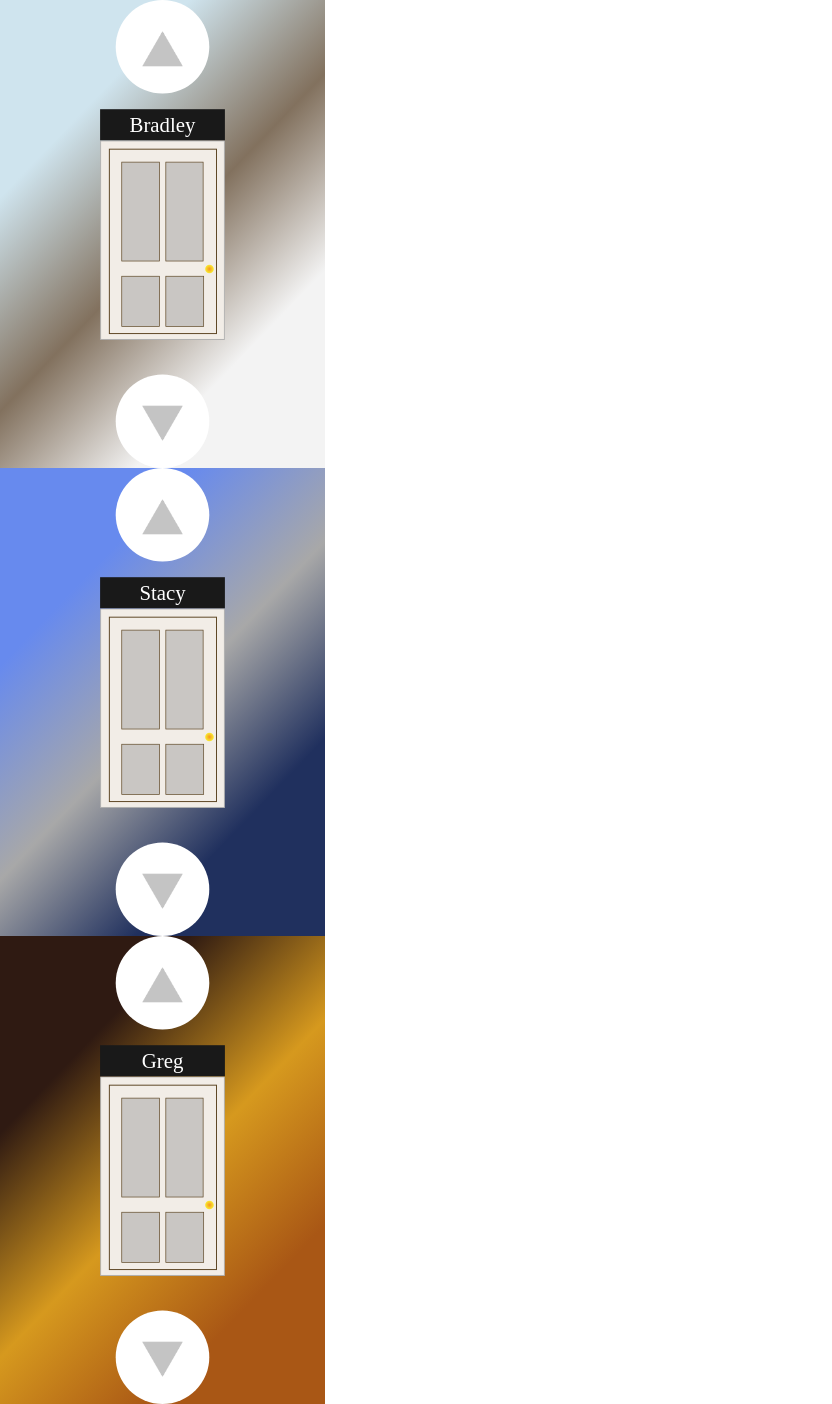
Repository: dnguyen130/HelpAHomieV3
Page: index.html
These files come from the project's save history. The page is drawn as it stood at one moment and after the next save; the edit follows.
The browser window is 1280 px wide. The pictures show the whole page, at 65% of full size.

Above is the page before, as saved 2021-03-10 21:24:43.

### index.html
<!DOCTYPE html>
<html lang="en">
<head>
    <meta charset="UTF-8">
    <meta http-equiv="X-UA-Compatible" content="IE=edge">
    <meta name="viewport" content="width=device-width, initial-scale=1.0">
    <link rel="stylesheet" href="styles.css" type="text/css">
    <title>Document</title>
</head>
<body>

    <div class="main">
        <div class="door-container">
            <div class="door-screen1 height">
            </div>
            <div class="door-screen2 height">
            </div>
            <div class="door-screen3 height">
            </div>
        </div>
    </div>

    <script src="./comps/Door/index.js"></script>
    <script src="./comps/TriangleButton/index.js"></script>
    <script src="workflow.js"></script>
</body>
</html>

### styles.css
html, body{
    margin: 0;
}
.main{
    position: relative;
}
.door-container{
    position: absolute;

}

.height{
    height: 100vh;
    width: 500px;
    display: flex;
    flex-direction: column;
    align-items: center;
    justify-content: space-between;
}

.door-screen1{
    background: linear-gradient(133.83deg, #CFE4EE 24.49%, #82715E 51.06%, #F3F3F3 75.51%);
}

.door-screen2{
    background: linear-gradient(133.83deg, #678AEE 24.49%, #A8A8A8 51.06%, #20305E 75.51%);
}

.door-screen3{
    background: linear-gradient(133.83deg, #2F1A12 24.49%, #D6991E 52.28%, #A95715 77.85%);
}

### comps/Door/index.js
function DoorUI(text="Bradley", image="images/doorclosed.svg", hoverimage="images/dooropened.svg"){
    return `
        <div style="
            width: 12rem;
            height: 24rem;
            display: flex;
            flex-direction: column;
            align-items: center;
        ">
            <div style="
                width: 12rem;
                height: 3rem;
                font-size: 2rem;
                background-color: #191919;
                color: white;
                display: flex;
                align-items: center;
                justify-content: center;
            ">${text}
            </div>
            <img
            src="${image}"
            onmouseover="this.src='${hoverimage}'"
            onmouseout="this.src='${image}'"
            />
        </div>
    `
}


// export const Door = DoorUI();

### comps/TriangleButton/index.js
function TriangleButtonUI(tri="images/Circle-Triangle.png") {
    return `
    <div style="
            width: 3rem;
            height: 3rem;
            display: flex;
            flex-direction: column;
            align-items: center;
            padding: 3rem;
            border-radius: 25rem;
            background-color: #FFFFFF;
        "
        onmouseover="this.style.boxShadow= '0px 0px 10px 5px rgba(251, 0, 181, 0.7)'"
        onmouseout="this.style.boxShadow='0px 0px 0px 0px rgba(251, 0, 181, 0.7)'"
        >
            <img
            src="${tri}"
            />
        </div>
    `
}

### workflow.js

document.querySelector(".door-screen1").innerHTML += TriangleButtonUI();
document.querySelector(".door-screen1").innerHTML += DoorUI()
document.querySelector(".door-screen1").innerHTML += TriangleButtonUI("images/Circle-Triangle-UpsideDown.png");

document.querySelector(".door-screen2").innerHTML += TriangleButtonUI();
document.querySelector(".door-screen2").innerHTML += DoorUI("Stacy");
document.querySelector(".door-screen2").innerHTML += TriangleButtonUI("images/Circle-Triangle-UpsideDown.png");

document.querySelector(".door-screen3").innerHTML += TriangleButtonUI();
document.querySelector(".door-screen3").innerHTML += DoorUI("Greg");
document.querySelector(".door-screen3").innerHTML += TriangleButtonUI("images/Circle-Triangle-UpsideDown.png");

After the next save:
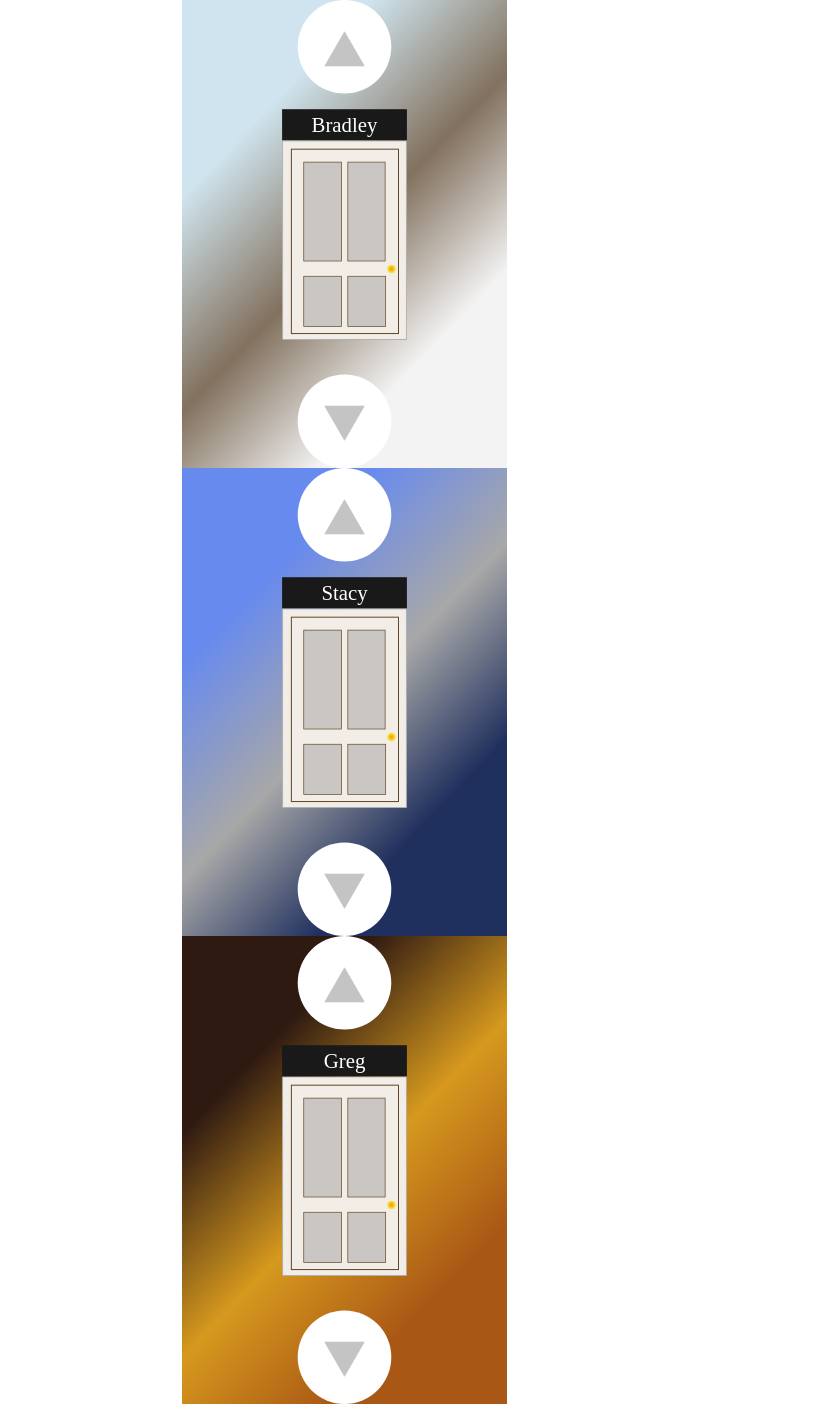
Saved 15 s later.
--- a/styles.css
+++ b/styles.css
@@ -4,8 +4,10 @@
 .main{
     position: relative;
 }
+
 .door-container{
     position: absolute;
+    right: 500px;
 
 }
 

After the save that followed:
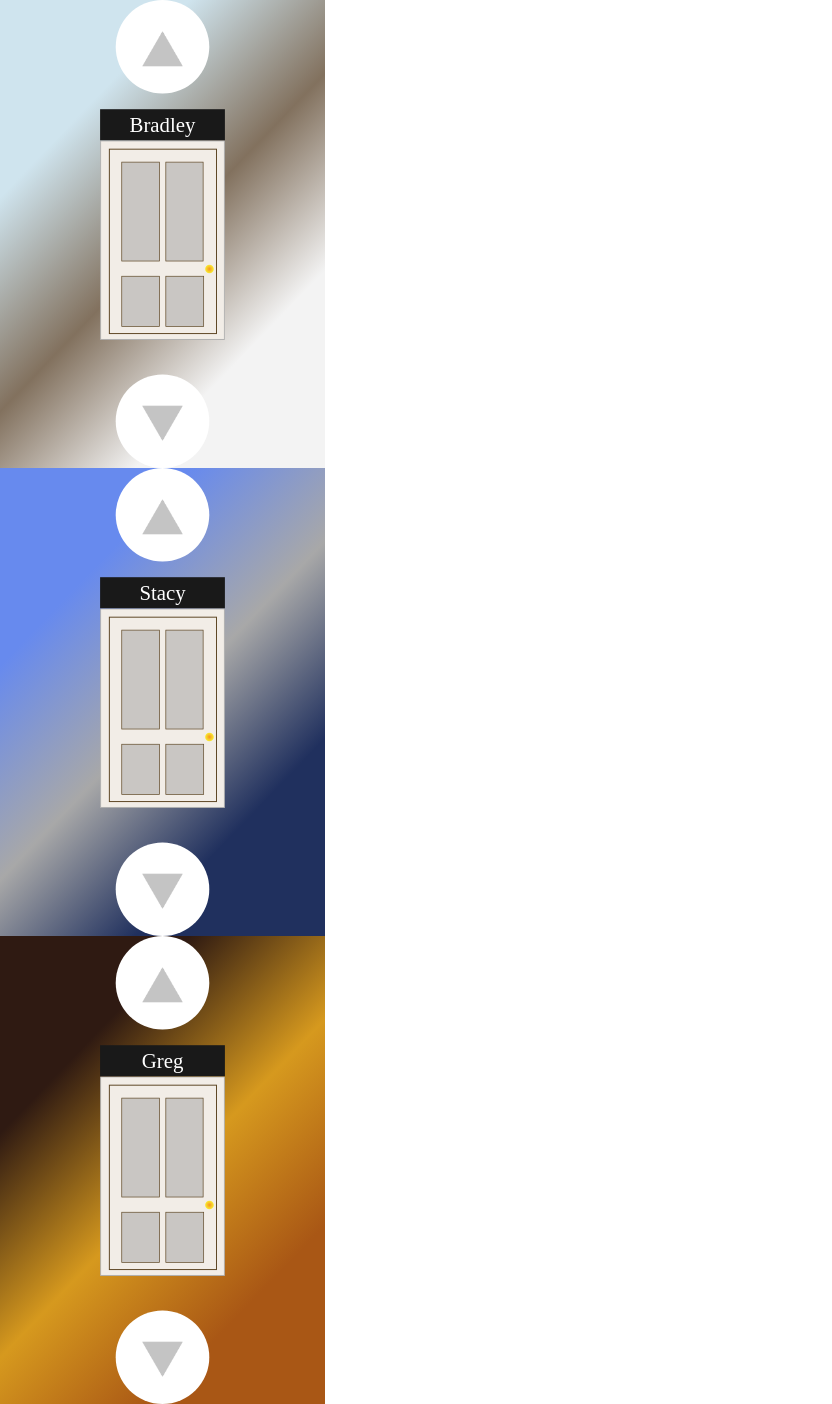
Saved 18 s later.
--- a/styles.css
+++ b/styles.css
@@ -5,11 +5,11 @@
     position: relative;
 }
 
-.door-container{
+/* .door-container{
     position: absolute;
     right: 500px;
 
-}
+} */
 
 .height{
     height: 100vh;
